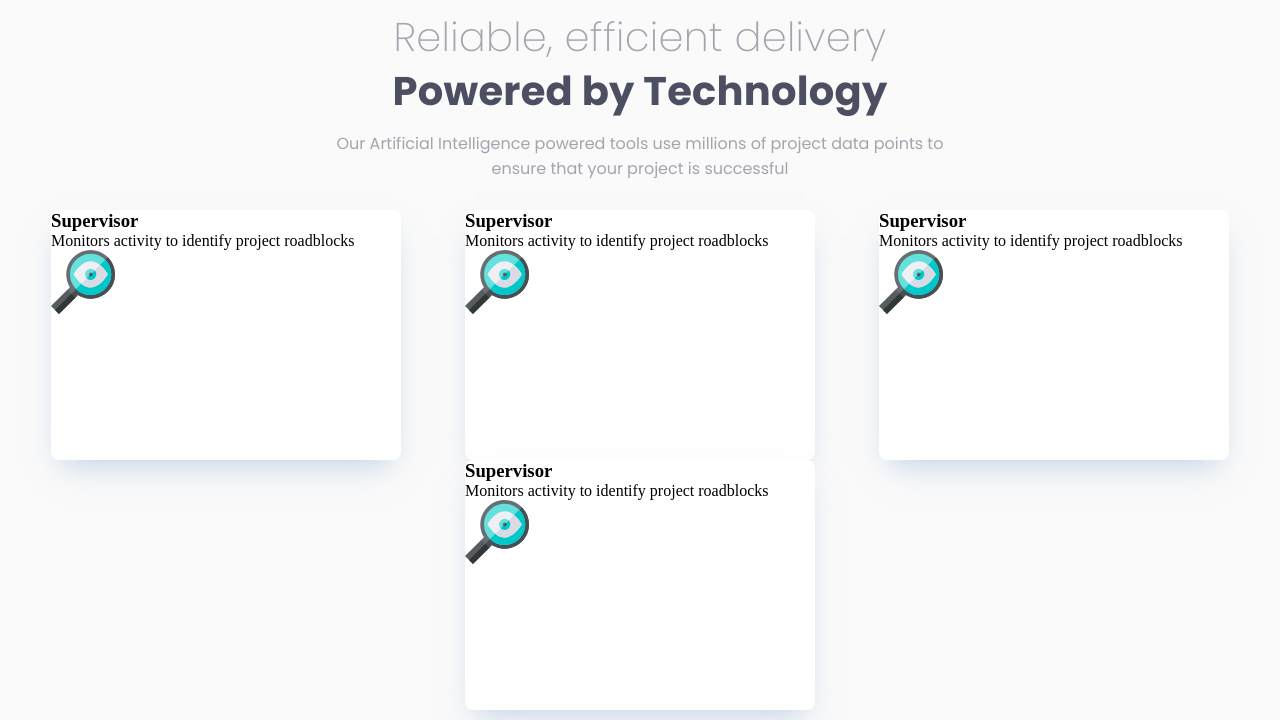
Repository: brandontaylor1/four-card-feature
Page: index.html
The author's editor kept a copy of each file at every save. The page is drawn from the files as they stood at one save, then again after the next save.
The browser window is 1280 px wide. The pictures show the whole page.

Above is the page before, as saved 2025-01-09 22:57:20.

### index.html
<!DOCTYPE html>
<html lang="en">
<head>
    <meta charset="UTF-8">
    <meta name="viewport" content="width=device-width, initial-scale=1.0">
    <link rel="preconnect" href="https://fonts.googleapis.com">
    <link rel="preconnect" href="https://fonts.gstatic.com" crossorigin>
    <link href="https://fonts.googleapis.com/css2?family=Poppins:ital,wght@0,100;0,200;0,300;0,400;0,500;0,600;0,700;0,800;0,900;1,100;1,200;1,300;1,400;1,500;1,600;1,700;1,800;1,900&display=swap" rel="stylesheet">
    <link rel="stylesheet" href="styles.css">
    <title>Four Card Feature</title>
</head>
<body>
    <main class="container">
        <section class="page-content">
            <h1>Reliable, efficient delivery</h1>
            <h2>Powered by Technology</h2>
            <p>Our Artificial Intelligence powered tools use millions of project data points to ensure that your project is successful</p>
        </section>
        <section class="column-container">
            <div class="card-column">
                <div class="card">
                    <h3>Supervisor</h3>
                    <p>Monitors activity to identify project roadblocks</p>
                    <img src="./assets/images/icon-supervisor.svg" alt="Supervisor Icon">
                </div>
            </div>

            <div class="card-column">
                <div class="card">
                    <h3>Supervisor</h3>
                    <p>Monitors activity to identify project roadblocks</p>
                    <img src="./assets/images/icon-supervisor.svg" alt="Supervisor Icon">
                </div>
                <div class="card">
                    <h3>Supervisor</h3>
                    <p>Monitors activity to identify project roadblocks</p>
                    <img src="./assets/images/icon-supervisor.svg" alt="Supervisor Icon">
                </div>
            </div>

            <div class="card-column">
                <div class="card">
                    <h3>Supervisor</h3>
                    <p>Monitors activity to identify project roadblocks</p>
                    <img src="./assets/images/icon-supervisor.svg" alt="Supervisor Icon">
                </div>
            </div>
        </section>
    </main>

</body>
</html>

### styles.css
* {
    margin: 0;
    padding: 0;
    box-sizing: border-box;
}

:root {
    --primary-red: hsl(0, 78%, 62%);
    --primary-cyan: hsl(180, 62%, 55%);
    --primary-orange: hsl(34, 97%, 64%);
    --primary-blue: hsl(212, 86%, 64%);

    --secondary-dark-blue: hsl(234, 12%, 34%);
    --secondary-grayish-blue: hsl(229, 6%, 66%);
    --secondary-light-gray: hsl(0, 0%, 98%);
}

.container {
    height: 100vh;
    display: flex;
    align-items: center;
    justify-content: center;
    flex-direction: column;
    background-color: #FAFAFA;
}

.page-content {
    display: flex;
    flex-direction: column;
    align-items: center;
    justify-content: space-between;
    height: 150px;
    width: 650px;
    margin-bottom: 50px;
}

.page-content h1 {
    font-size: 2.5rem;
    font-family: "Poppins", sans-serif;
    font-weight: 200;
    line-height: 54px;
    letter-spacing: .25px;
    color: var(--secondary-grayish-blue);
}

.page-content h2 {
    font-size: 2.5rem;
    font-family: "Poppins", sans-serif;
    font-weight: 700;
    line-height: 54px;
    letter-spacing: .25px;
    color: var(--secondary-dark-blue);
    margin-bottom: 13px;
}

.page-content p {
    font-size: 1rem;
    font-family: "Poppins", sans-serif;
    font-weight: 400;
    line-height: 25px;
    text-align: center;
    color: var(--secondary-grayish-blue);

}

.column-container {
    display: grid;
    gap: 4rem;
    grid-template-columns: repeat(3, 1fr);
    grid-template-rows: 1fr;
}

.card {
    width: 350px;
    height: 250px;
    border-radius: 0.5rem;
    background: #FFF;
    box-shadow: 0px 15px 30px -11px rgba(131, 166, 210, 0.50);
}

After the next save:
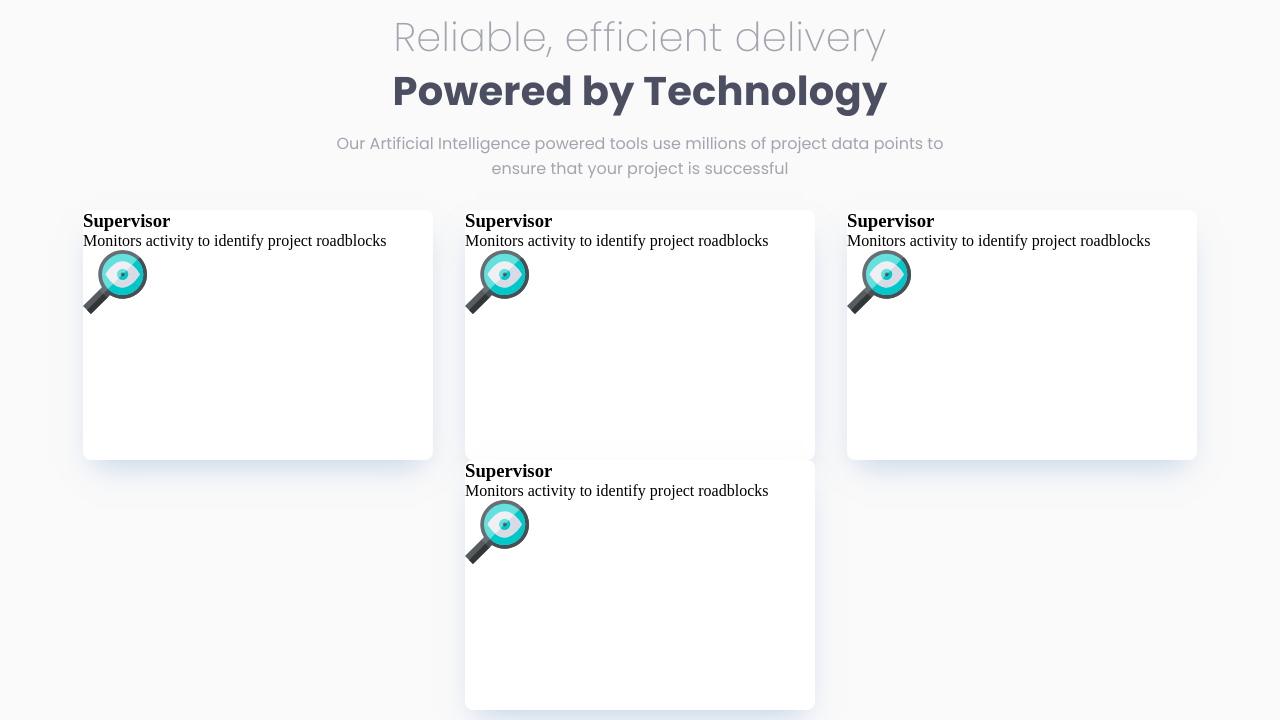
Saved 42 s later.
--- a/styles.css
+++ b/styles.css
@@ -65,7 +65,7 @@
 
 .column-container {
     display: grid;
-    gap: 4rem;
+    gap: 2rem;
     grid-template-columns: repeat(3, 1fr);
     grid-template-rows: 1fr;
 }
